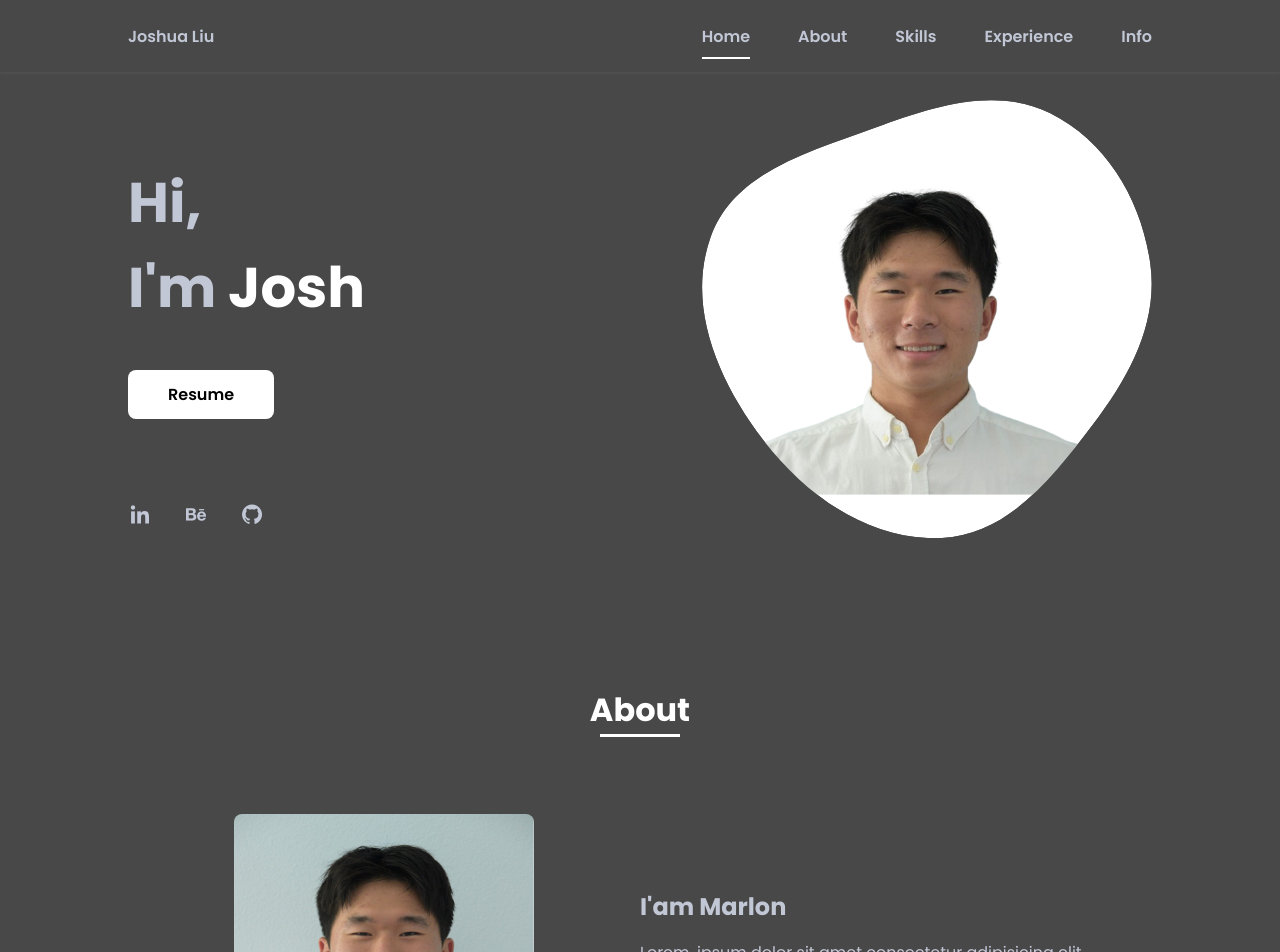
Repository: joshliu14/joshliu14.github.io
Page: index.html
An editor plug-in stored every save of this project. The page is shown before and after the next save, followed by the edit.
The browser window is 1280 px wide. The pictures show the part of the page from y = 0 to 952 px (the page is 3355 px tall).
A picture or video elsewhere on the page could not be fetched, so the positions and the page height are approximate.

Above is the page before, as saved 2024-01-31 23:38:21.

After the next save:
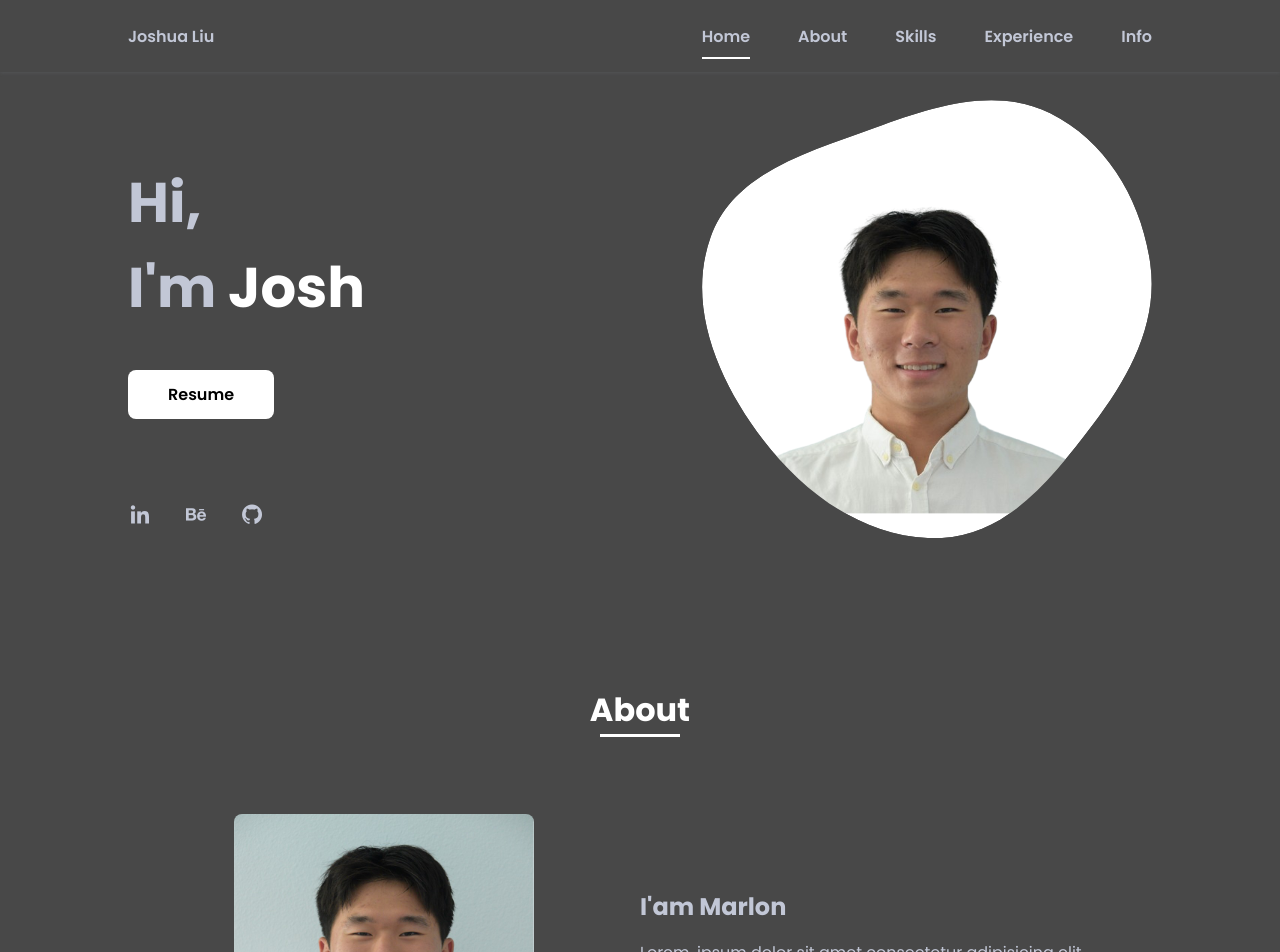
Saved 12 s later.
--- a/index.html
+++ b/index.html
@@ -92,7 +92,7 @@
               <image
                 class="home__blob-img"
                 x="50"
-                y="60"
+                y="80"
                 href="assets/img/profile.png"
               />
             </g>
